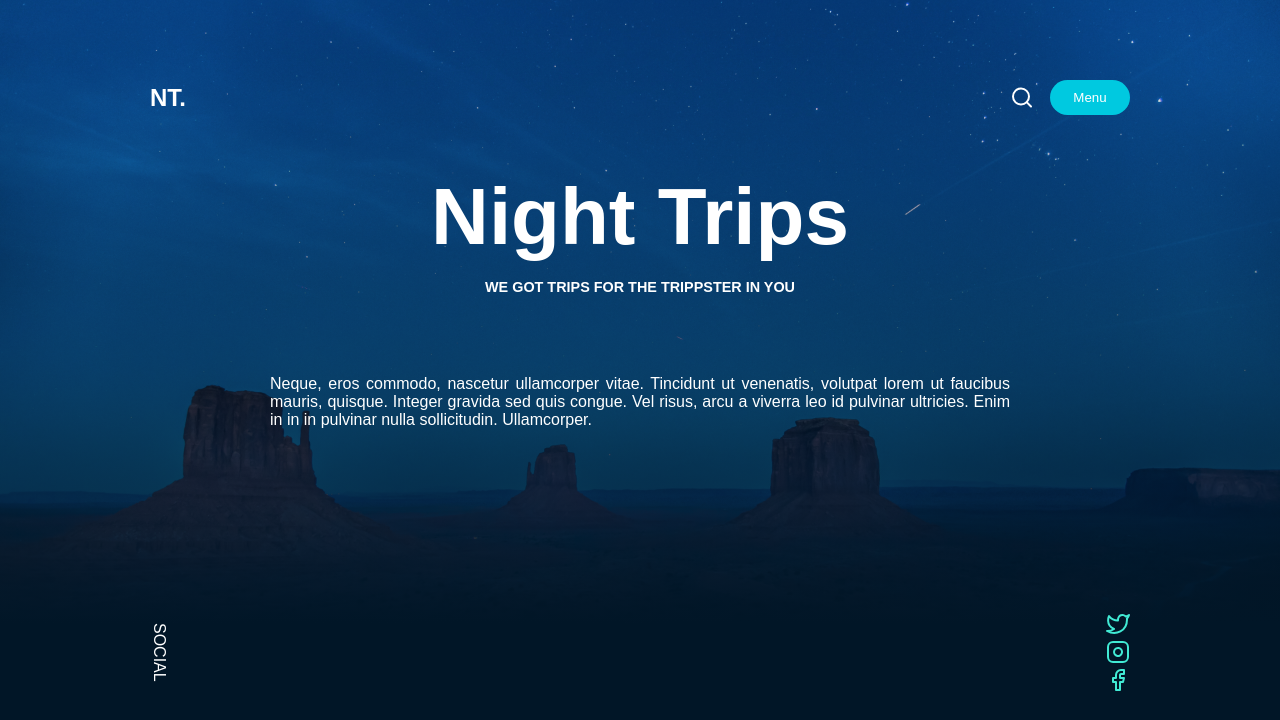
Repository: Silva-jr/night-trip
Page: index.html
The author's editor kept a copy of each file at every save. The page is drawn from the files as they stood at one save, then again after the next save.
The browser window is 1280 px wide. The pictures show the whole page.

Above is the page before, as saved 2021-07-21 00:25:44.

### index.html
<!DOCTYPE html>
<html lang="en">

    <head>
        <meta charset="UTF-8">
        <meta http-equiv="X-UA-Compatible" content="IE=edge">
        <meta name="viewport" content="width=device-width, initial-scale=1.0">
        <link rel="stylesheet" href="style/style.css">
        <title>Document</title>
    </head>

    <body>
        <div class="container">
            <section class="app-content">
                <header class="header">
                    <div class="logo">
                        <h1>NT.</h1>
                    </div>
                    <div class="menu">
                        <img src="./assets/search 1.svg" alt="">
                        <button>Menu</button>
                    </div>
                </header>
                <main class="main">
                    <div class="title">
                        <h1>Night Trips</h1>
                        <h3>WE GOT TRIPS FOR THE TRIPPSTER IN YOU</h3>
                    </div>
                    <div class="subtitle">
                        <div class="teste">
                            <p>Neque, eros commodo, nascetur ullamcorper vitae. Tincidunt ut venenatis, volutpat lorem
                                ut
                                faucibus mauris, quisque. Integer gravida sed quis congue. Vel risus, arcu a viverra leo
                                id
                                pulvinar ultricies. Enim in in in pulvinar nulla sollicitudin. Ullamcorper.</p>
                        </div>

                    </div>
                </main>
                <div class="social-items">
                    <div>
                        <p>Social</p>
                    </div>
                    <div class="icon">
                        <img src="./assets/twitter 1.svg" alt="">
                        <img src="./assets/instagram 1.svg" alt="">
                        <img src="/assets/facebook 1.svg" alt="">
                    </div>
                </div>
            </section>

        </div>

    </body>

</html>

### style/style.css
* {
    box-sizing: border-box;
    margin    : 0;
    padding   : 0;
}

html {
    height    : 100%;
    /* fix height to 100% for IE */
    max-height: 100%;
    /* fix height for other browsers */
    /*overflow:hidden; /*get rid of scroll bars in IE */
    overflow-x: hidden;
    transition: 0.3s;
}

html,
body {
    scroll-behavior: smooth;
    height         : 100%;
    max-height     : 100%;
    height         : 100vh;
    font-family    : "Roboto", sans-serif;
}

body {
    overflow               : hidden;
    font-family            : "Poppins", sans-serif;
    background-color       : var(--background-color);
    -webkit-font-smoothing : antialiased;
    -moz-osx-font-smoothing: grayscale;
}

a {
    text-decoration: none;
}

.container {

    background-image: linear-gradient(rgba(1, 22, 39, 0) 0%, #011627 86.64%, #011627 100%), url("../assets/back2.png");
    height          : 100vh;
    background-size : cover;
    overflow        : auto;
}

.app-content {
    width    : 100%;
    height   : 100vh;
    margin   : 0 auto;
    max-width: 1140px;
    padding  : 5rem;
}

.header {
    width          : 100%;
    height         : auto;
    display        : flex;
    align-items    : center;
    justify-content: space-between;
}

.logo {
    color: #fff;
}

.menu {
    display: flex;
}

.menu img {
    margin-right: 1rem;
}

.menu button {
    background-color: #00C9E0;
    color           : #fff;
    border          : none;
    width           : 5rem;
    height          : 2.2rem;
    border-radius   : 4rem;
    cursor          : pointer;
}

.main {
    width     : 100%;
    color     : white;
    display   : block;
    text-align: center;
    padding   : 3.5rem;
}

.title {
    width      : 100%;
    align-items: center;
}

.title h1 {
    font-size: 5rem;
}

.title h3 {
    font-size: .9rem;
    padding  : 1rem;
}

.subtitle {
    width      : 100%;
    align-items: center;
    padding    : 4rem;
}

.teste {
    text-align     : center;
    align-items    : center;
    justify-items  : center;
    justify-content: center;
    text-align     : justify;
}

.social-items {
    width          : 100%;
    height         : auto;
    display        : flex;
    align-items    : center;
    justify-content: space-between;
    padding        : 3rem 0;
    color          : #fff;
    text-transform : uppercase;
}

.social-items p{
    writing-mode: vertical-rl;
}

.icon{
    writing-mode: vertical-rl;
    padding: .9rem 0;
}

After the next save:
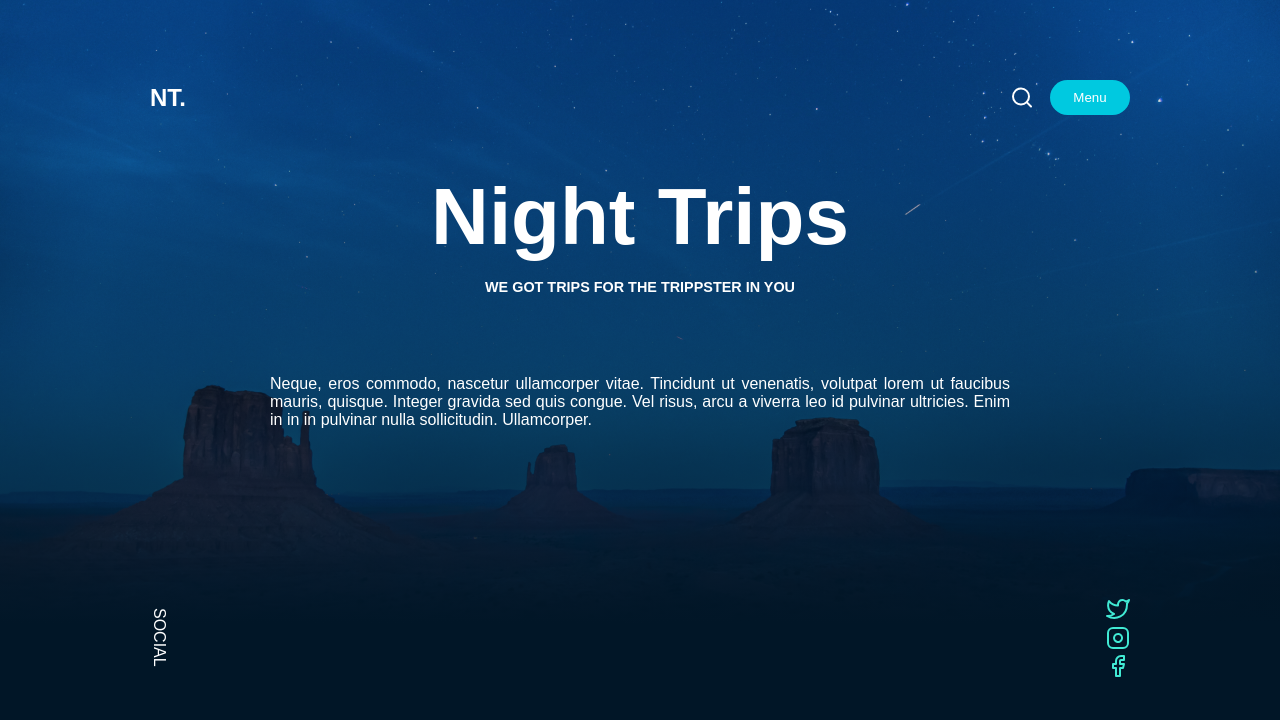
Saved 6 s later.
--- a/style/style.css
+++ b/style/style.css
@@ -134,5 +134,5 @@ a {
 
 .icon{
     writing-mode: vertical-rl;
-    padding: .9rem 0;
+    padding: ;
 }
